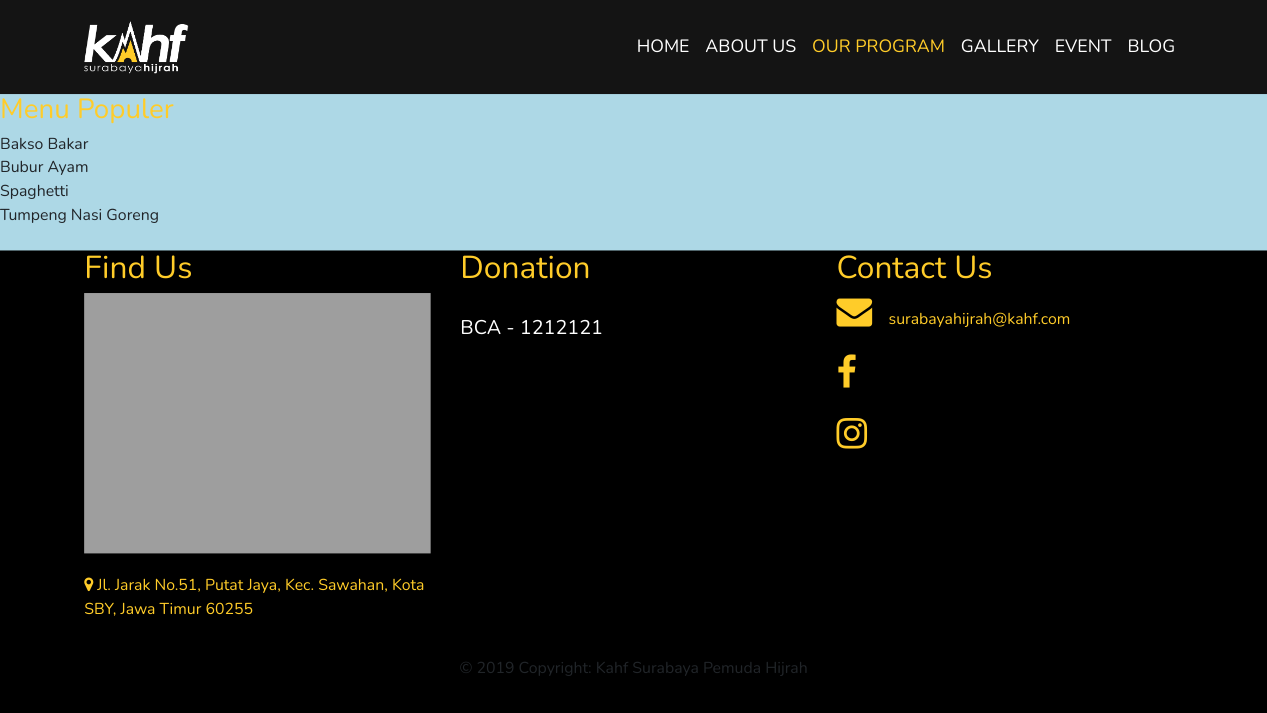
Repository: shandytp/surabaya-hijrah
Page: http://localhost/ourprogram.php
The author's editor kept a copy of each file at every save. The page is drawn from the files as they stood at one save, then again after the next save.
The browser window is 1280 px wide. The pictures show the whole page, at 99% of full size.
Pictures or frames that could not be fetched are drawn as grey boxes. Some web libraries are served in a nearby version. The page is run by PHP 8.4 with error messages shown; the project is at /var/www/html/.

Above is the page before, as saved 2019-08-20 16:15:25.
Console error: TypeError: Cannot read properties of undefined (reading 'fn')

After the next save:
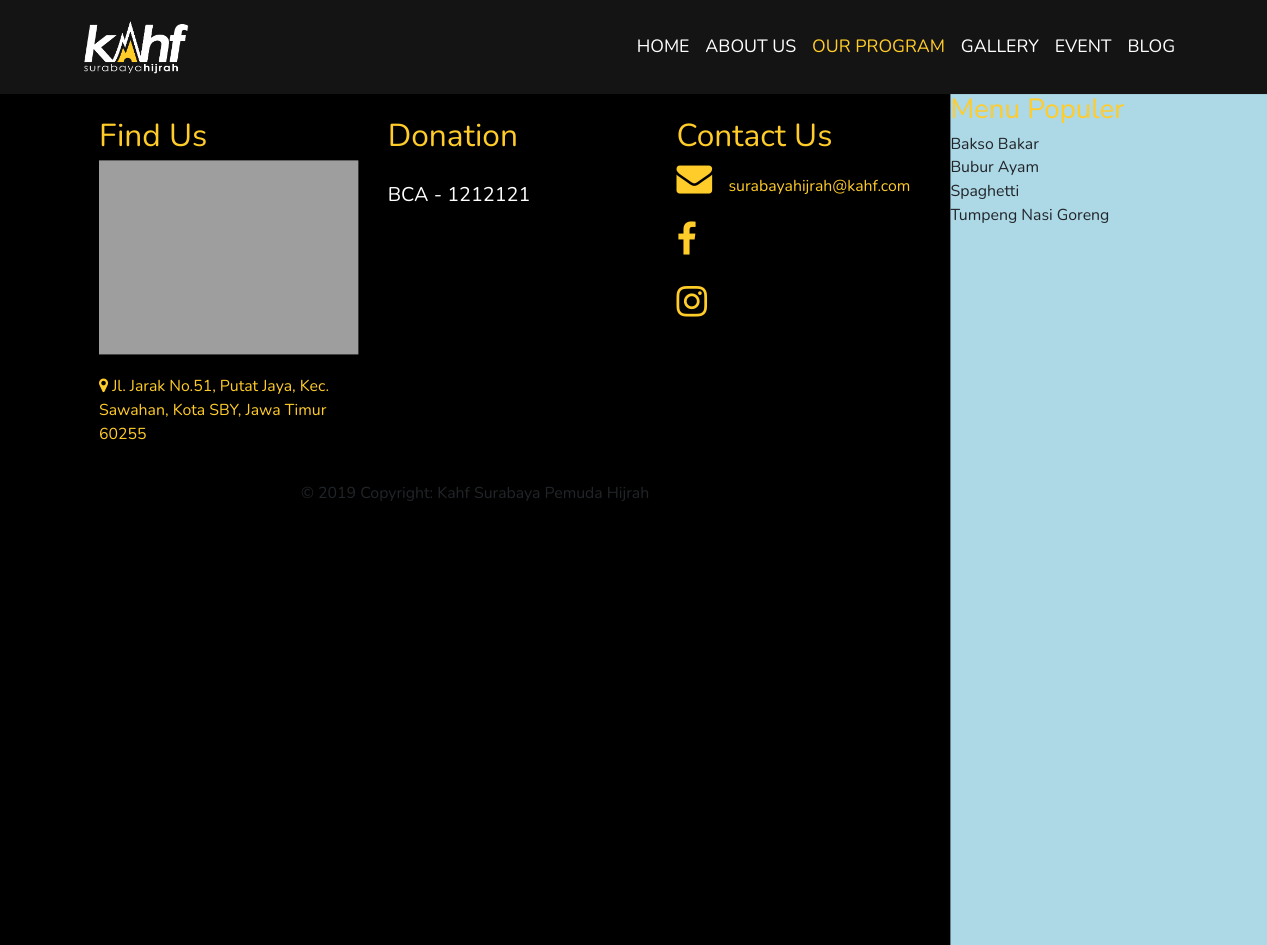
Saved 82 s later.
--- a/css/main.css
+++ b/css/main.css
@@ -22,8 +22,8 @@
 
 /*OUR PROGRAM...................................*/
 .kanan {
-  width: 100%;
-  height: 100%;
+  width: 25%;
+  height: 860px;
   float: right;
   background: #add8e6;
 }
